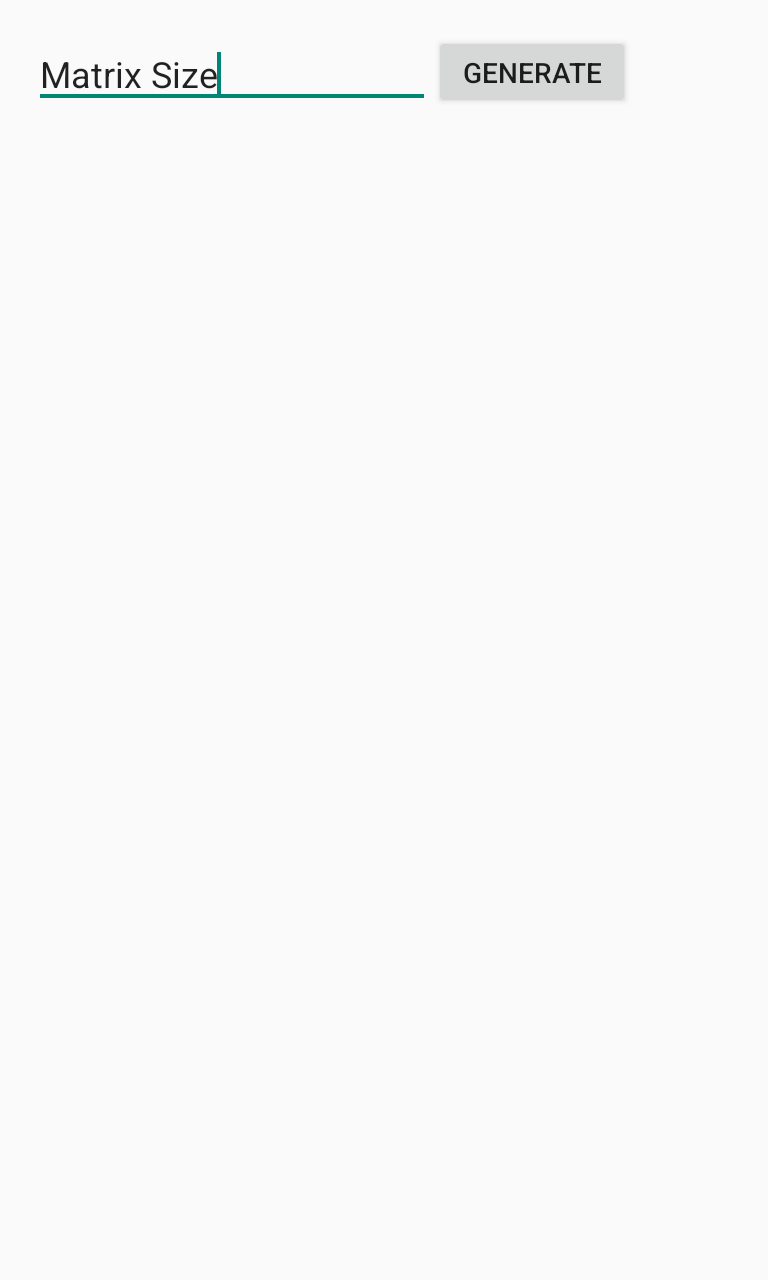
Repository: lhsieh814/ParallelProject
Layout: MatrixManipulation/res/layout/activity_main.xml
These files come from the project's save history. The layout is drawn as it stood at one moment and after the next save; the edit follows.
It is drawn on a 768 x 1280 px phone screen (xhdpi) without system bars, with theme AppTheme; the app's code is not run.

Above is the layout before, as saved 2014-11-22 17:17:17.

After the next save:
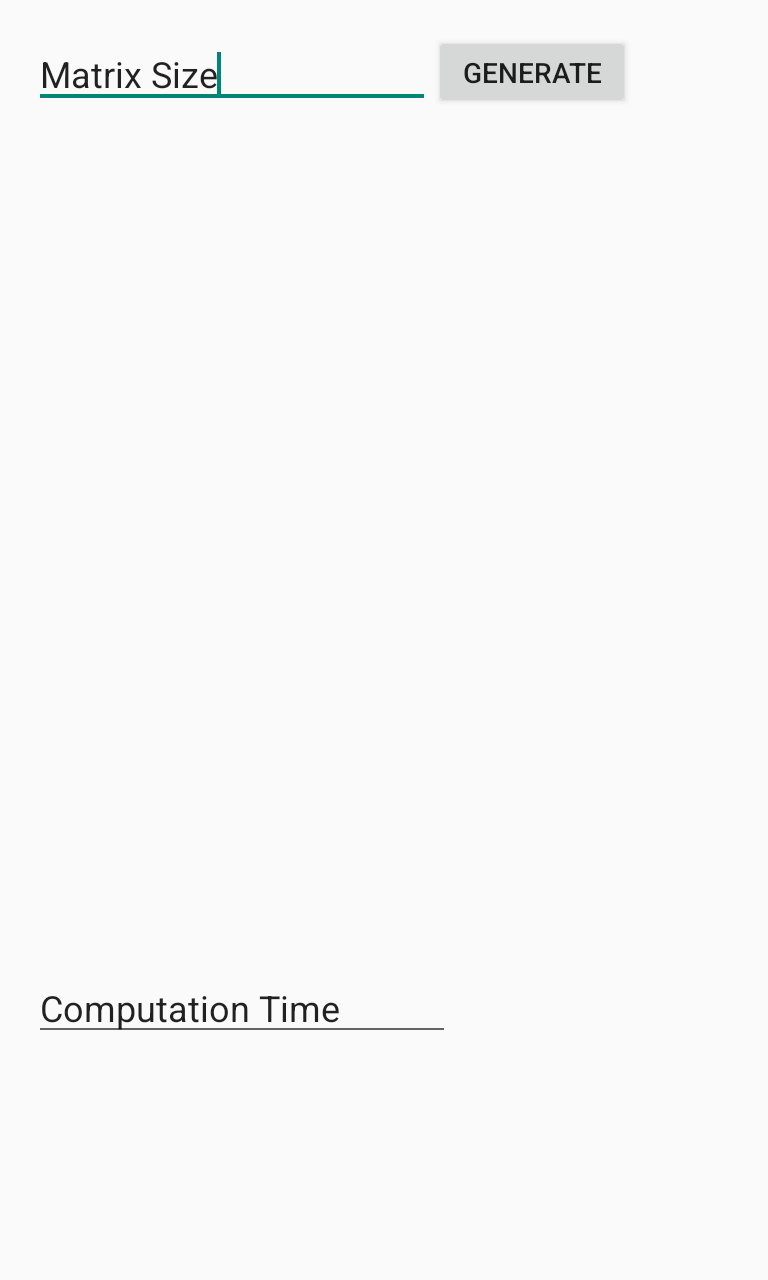
Saved 95 s later.
--- a/MatrixManipulation/res/layout/activity_main.xml
+++ b/MatrixManipulation/res/layout/activity_main.xml
@@ -30,4 +30,15 @@
         android:layout_toRightOf="@+id/editText1"
         android:text="Generate" />
 
+    <EditText
+        android:id="@+id/editText2"
+        android:layout_width="wrap_content"
+        android:layout_height="wrap_content"
+        android:layout_alignLeft="@+id/editText1"
+        android:layout_alignParentBottom="true"
+        android:layout_marginBottom="101dp"
+        android:ems="10"
+        android:text = "Computation Time"
+        android:inputType="numberSigned" />
+
 </RelativeLayout>
